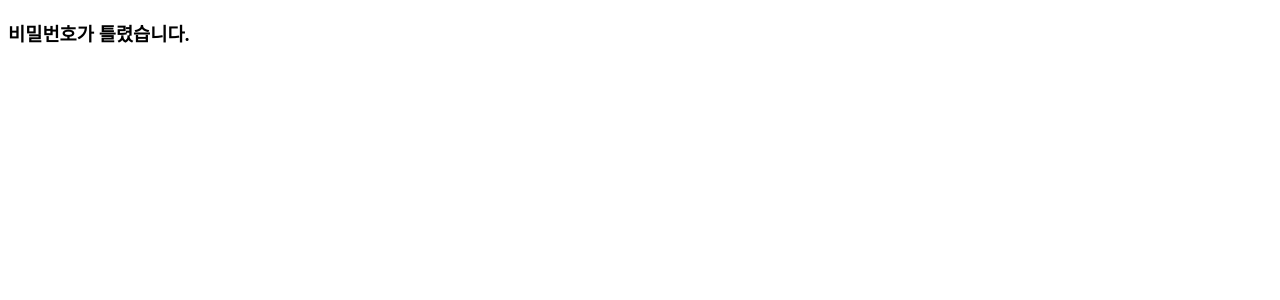
Repository: Andante8989/jsp_practice
Page: http://localhost/JSPBasic/jspobject/cookie/login_pw_fail.jsp
An editor plug-in stored every save of this project. The page is shown before and after the next save, followed by the edit.
The browser window is 1280 px wide. The pictures show the whole page.
The page is served by Tomcat 9.

Above is the page before, as saved 2022-03-29 08:35:30.

After the next save:
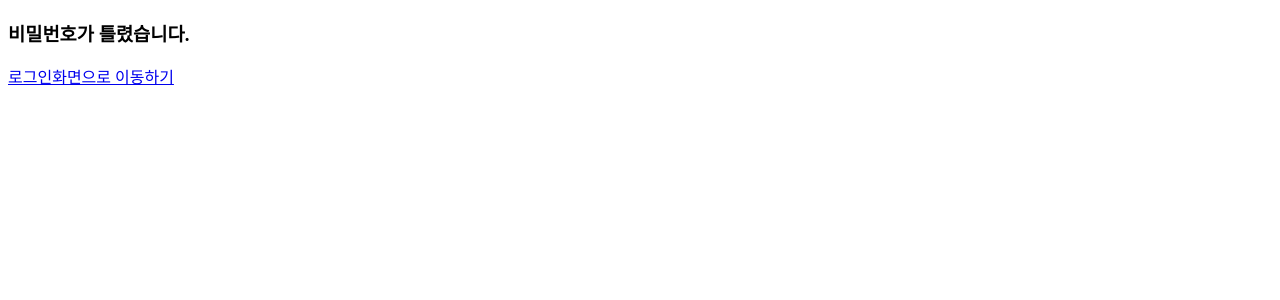
Saved 28 s later.
--- a/JSPBasic/src/main/webapp/jspobject/cookie/login_pw_fail.jsp
+++ b/JSPBasic/src/main/webapp/jspobject/cookie/login_pw_fail.jsp
@@ -8,5 +8,6 @@
 </head>
 <body>
 <h3>비밀번호가 틀렸습니다.</h3>
+<a href="http://localhost:8181/JSPBasic/jspobject/cookie/cookie_login.jsp">로그인화면으로 이동하기</a>
 </body>
 </html>
